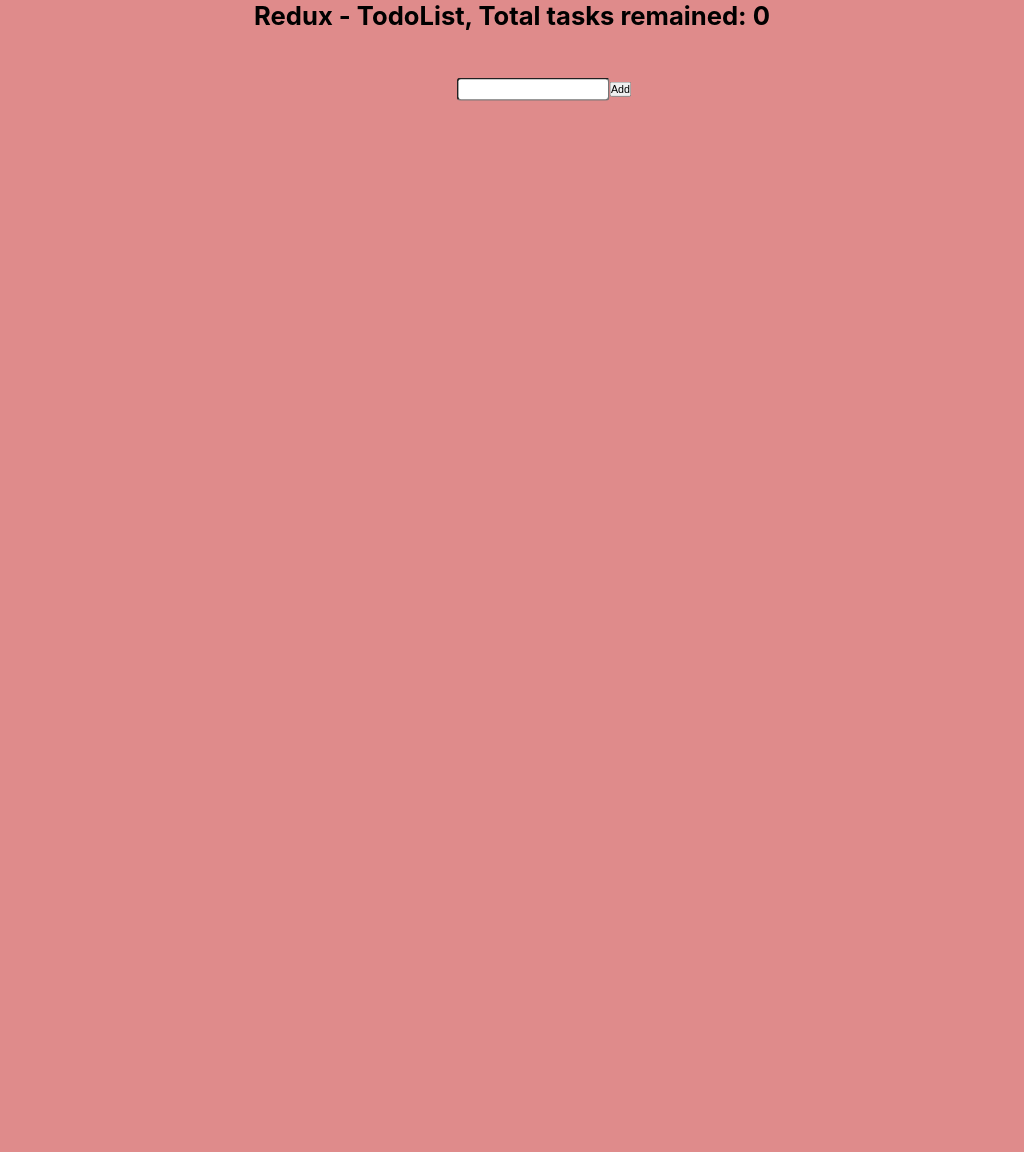
Repository: BhanuKaukuntla/TodoApp
Page: /
These files come from the project's save history. The page is drawn as it stood at one moment and after the next save; the edit follows.
The browser window is 1280 px wide. The pictures show the whole page, at 80% of full size.
The project was rebuilt for these pictures with package versions that can differ from the ones it lists, and the page was loaded fresh each time. Also part of the build but not shown: src/components/TodoItem/TodoItem.js.

Above is the page before, as saved 2021-12-01 10:17:25.

### src/index.js
import React from "react";
import ReactDOM from "react-dom";
import "./index.css";
import App from "./App";
import { Provider } from "react-redux";
import store from "./store";
import { PersistGate } from "redux-persist/integration/react";
import { persistor } from "./store";

ReactDOM.render(
  <React.StrictMode>
    <Provider store={store}>
      <PersistGate persistor={persistor}>
        <App />
      </PersistGate>
    </Provider>
  </React.StrictMode>,
  document.getElementById("root")
);

### src/index.css
*{
  margin: 0;
  padding: 0;
  /* font-family: "montserrat",sans-serif; */
  /* box-sizing: border-box; */
}

body {
  margin: 0;
  font-family: -apple-system, BlinkMacSystemFont, "Segoe UI", "Roboto", "Oxygen",
    "Ubuntu", "Cantarell", "Fira Sans", "Droid Sans", "Helvetica Neue",
    sans-serif;
  -webkit-font-smoothing: antialiased;
  -moz-osx-font-smoothing: grayscale;
}

code {
  font-family: source-code-pro, Menlo, Monaco, Consolas, "Courier New",
    monospace;
}
.App {
  text-align: center;
  height: 200vh;
  /* max-height: 100%; */
  /* background-color: #e77a7a; */
  background-color: #df8b8b;
  margin-top: 0%;
  /* position: fixed; */
  width: 100%;
}

.todoInput{
  margin-top: 3rem;
  margin-left: 5rem;
  font-size: x-large;
  margin-bottom: 3rem;
}

.form{
  border-radius: 10px;
  font-size: large;
  padding: 10px;
}

.input{
  border-radius: 5px;
  /* font-size: large; */
  padding: 5px;
}

### src/App.js
import AddTodo from "./components/AddTodo/AddTodo";
import TodoList from "./components/TodoList/TodoList";
import { useSelector } from "react-redux";
function App() {
  const taskobj = useSelector((state) => state.todos.data);
  return (
    <div className='App'>
      <h1>Redux - TodoList, Total tasks remained: {taskobj.length}</h1>
      <AddTodo />
      <TodoList />
    </div>
  );
}

export default App;

### src/store.js
import { createStore } from "redux";
import rootReducer from "./reducers";
import { persistStore, persistReducer } from "redux-persist";
import storage from "redux-persist/lib/storage";

const persistConfig = {
  key: "root",
  storage,
};

const persistedReducer = persistReducer(persistConfig, rootReducer);

const store = createStore(
  persistedReducer,
  window.__REDUX_DEVTOOLS_EXTENSION__ && window.__REDUX_DEVTOOLS_EXTENSION__()
);

export const persistor = persistStore(store);

export default store;

### src/components/AddTodo/AddTodo.js
import React, { useState } from "react";
import { useDispatch } from "react-redux";
import { addTodo } from "../../actions";
import cuid from "cuid";

const AddTodo = () => {
  const [tasks, setTasks] = useState("");
  const dispatch = useDispatch();
  function handleInputChange(e) {
    setTasks(e.target.value);
    console.log(tasks);
  }
  function handleFormSubmit(e) {
    e.preventDefault();
    dispatch(addTodo({ task: tasks, id: cuid() }));
    e.target.userInput.value = "";
    console.log(tasks);
  }
  return (
    <div className="todoInput">
      <form className="form" onSubmit={handleFormSubmit}>
      <input
        className="input"
        type='text'
        name='userInput'
        onChange={(e) => handleInputChange(e)}
      />
      <button type='submit'>Add</button>
     </form>
    </div>
  );
};

export default AddTodo;

### src/components/TodoList/TodoList.js
import React from "react";
import TodoItem from "../TodoItem/TodoItem";
import { useSelector } from "react-redux";

const TodoList = () => {
  const taskobj = useSelector((state) => state.todos.data);
  const taskItems = taskobj.map((task) => {
    return <TodoItem task={task} key={task.id} />;
  });

  return <div>{taskItems}</div>;
};

export default TodoList;

### src/reducers/index.js
import { combineReducers } from "redux";
import todos from "./todos";

const rootReducer = combineReducers({
  todos,
});
export default rootReducer;

### src/actions/index.js
import { ADD_TODO, DELETE_TODO, UPDATE_TODO } from "./types";

export const addTodo = (message) => ({
  type: ADD_TODO,
  message,
});

export const deleteTodo = (id) => ({
  type: DELETE_TODO,
  id,
});

export const updateTodo = ({ message, id }) => ({
  type: UPDATE_TODO,
  message,
  id,
});

### src/reducers/todos.js
const initialState = {
  data: [],
};

const todos = (state = initialState, action) => {
  switch (action.type) {
    case "ADD_TODO":
      return {
        ...state,
        data: [...state.data, action.message],
      };
    case "DELETE_TODO":
      return {
        ...state,
        data: [...state.data.filter((todo) => todo.id !== action.id)],
      };
    case "UPDATE_TODO":
      return {
        ...state,
        data: [
          ...state.data.filter((todo) => todo.id !== action.id),
          { task: action.message, id: action.id },
        ],
      };
    default:
      return state;
  }
};

export default todos;

### src/actions/types.js
export const ADD_TODO = "ADD_TODO";
export const DELETE_TODO = "DELETE_TODO";
export const UPDATE_TODO = "UPDATE_TODO";

Loaded but not shown: public/index.html (common file)

After the next save:
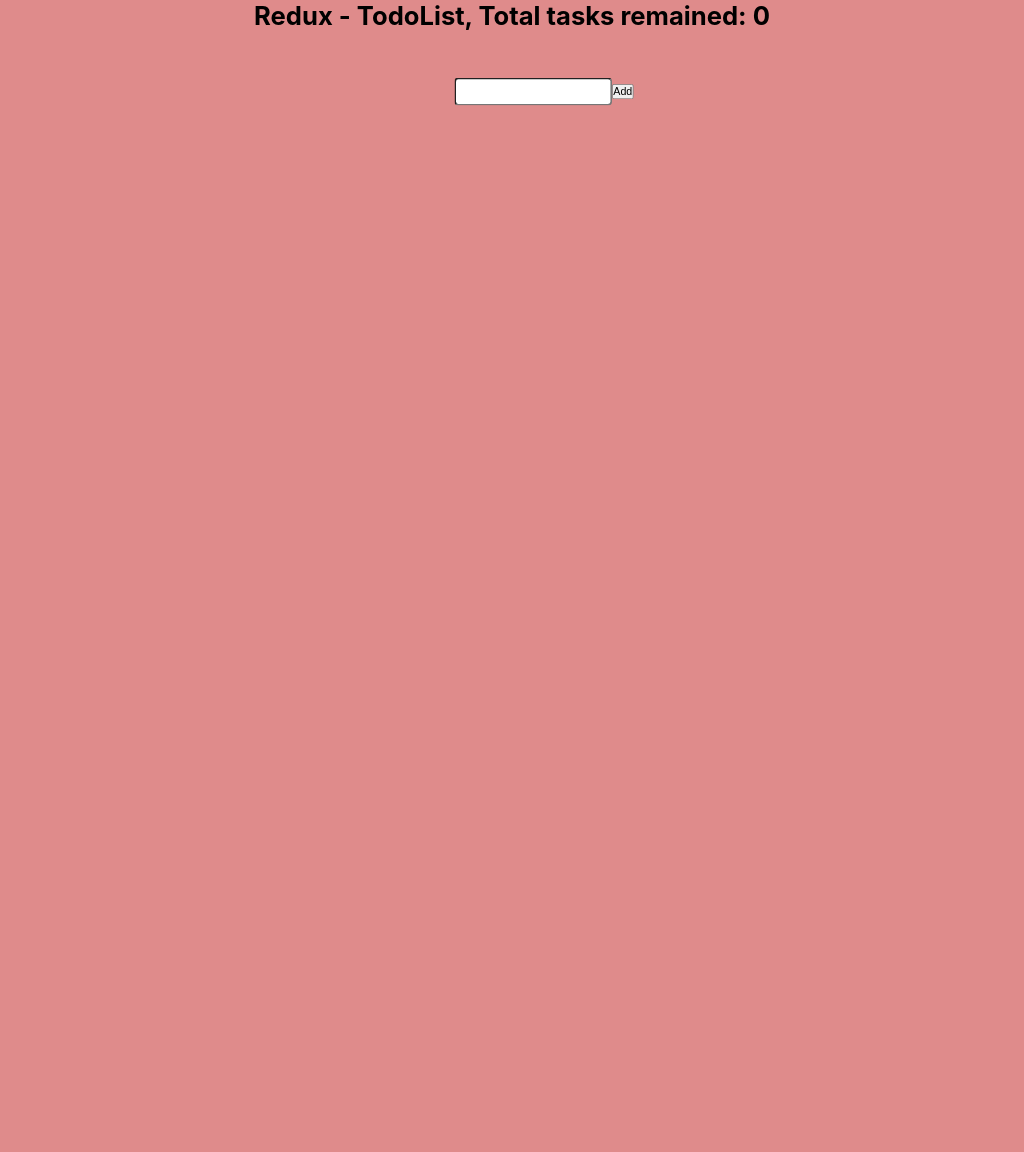
Saved 5 s later.
--- a/src/index.css
+++ b/src/index.css
@@ -45,5 +45,5 @@ code {
 .input{
   border-radius: 5px;
   /* font-size: large; */
-  padding: 5px;
+  padding: 8px;
 }
